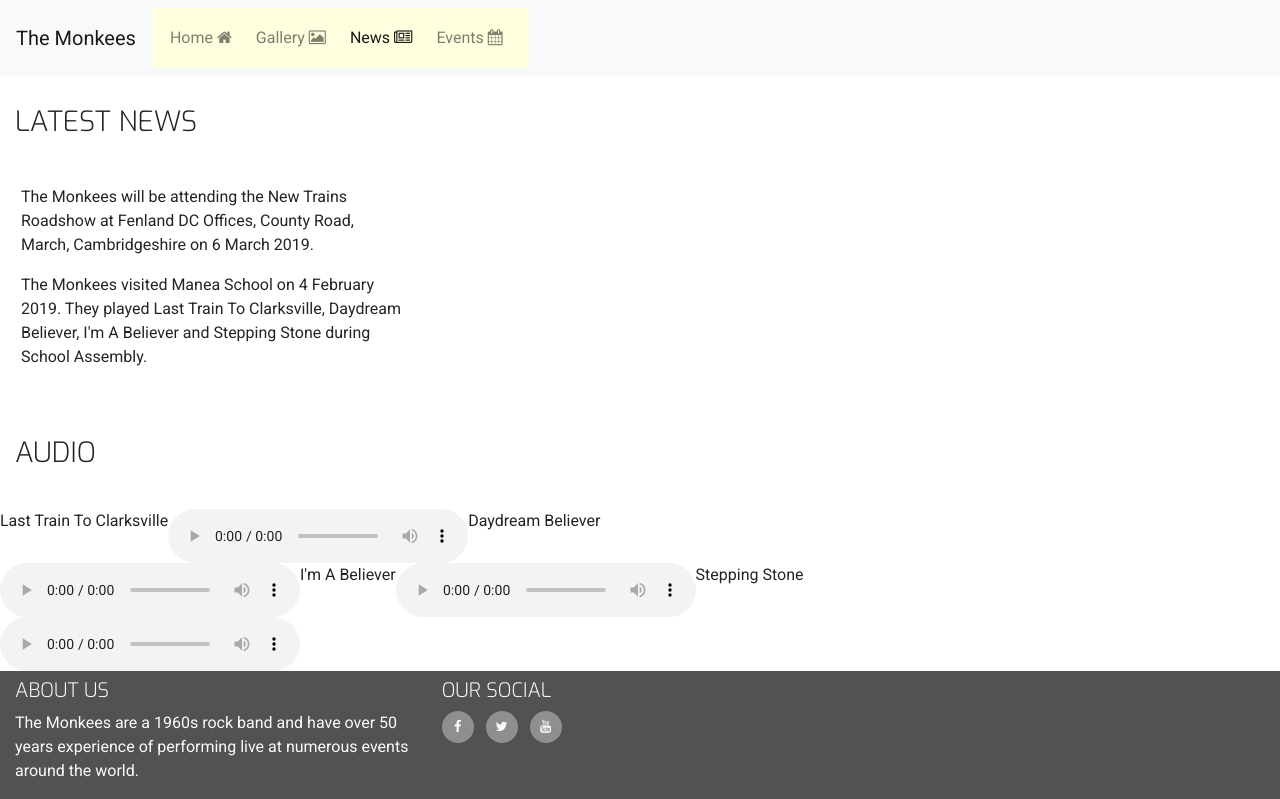
Repository: Code-Institute-Submissions/ucd-band
Page: news.html
The author's editor kept a record of every edit. The page is drawn from the files as they stood at one moment, then again after the next edit.
The browser window is 1280 px wide. The pictures show the whole page.

Above is the page before.

### news.html
<!DOCTYPE html>
<html>
    <head>
    <meta name="viewport" content="width=device-width, initial-scale=1">
    <!-- Display Title in the Browser Window -->
    <title>The Monkees - News Page</title>
    <!-- Load Style Sheets -->
    <link rel="stylesheet" href="https://maxcdn.bootstrapcdn.com/bootstrap/4.3.1/css/bootstrap.min.css" integrity="sha384-ggOyR0iXCbMQv3Xipma34MD+dH/1fQ784/j6cY/iJTQUOhcWr7x9JvoRxT2MZw1T" crossorigin="anonymous">
    <link rel="stylesheet" href="https://maxcdn.bootstrapcdn.com/font-awesome/4.7.0/css/font-awesome.min.css" type="text/css" />
    <link rel="stylesheet" href="assets/css/style.css" type="text/css" />

</head>
<body>
 <!-- Set Up Navigation -->
  <nav class="navbar navbar-light bg-light navbar-expand-sm fixed-top">

            <!-- Set Up Brand -->
            <a href="index.html" class="navbar-brand" title="The Monkees">The Monkees</a>

            <!-- Set Up Navbar Toggler -->
             <button class="navbar-toggler" type="button" data-toggle="collapse" data-target="#navbarSupportedContent" aria-controls="navbarSupportedContent" aria-expanded="false" aria-label="Toggle navigation">
    <span class="navbar-toggler-icon"></span>
  </button>

            <!-- Set Up Navbar Links -->
            <div class="collapse navbar-collapse" id="navbarSupportedContent">
            <!-- Set Up Navbar with Icons -->
                <ul class="navbar-nav mr-auto">

                    <li class="nav-item mr-2"><a class="nav-link" href="index.html">Home <i class="fa fa-home" aria-hidden="true"></i></a></li>
                    <li class="nav-item mr-2"><a class="nav-link" a href="gallery.html">Gallery <i class="fa fa-picture-o" aria-hidden="true"></i></a></li>
                    <li class="active nav-item mr-2"><a class="nav-link" a href="news.html">News <i class="fa fa-newspaper-o" aria-hidden="true"></i></a></li>
                    <li class="nav-item mr-2"><a class="nav-link" href="events.html">Events <i class="fa fa-calendar" aria-hidden="true"></i></a></li>
                </ul>
            </div>

 </nav>

    <section class="container-fluid">
            <div class="row row-table">
                <div class="col-xs-12 col-sm-12 col-md-4">
                    <div class="row">
                        <div class="col-sm-12">
                            <h3 class="section-heading uppercase">Latest News</h3>
                        </div>
                    </div>
                    <div class="news-item">
                        <p class="news-description">The Monkees will be attending the New Trains Roadshow
                        at Fenland DC Offices, County Road, March, Cambridgeshire
                        on 6 March 2019.</p>
                        <p class="news-description">The Monkees visited Manea School on 4 February 2019.
                        They played Last Train To Clarksville, Daydream Believer, I'm A Believer and Stepping Stone during School Assembly.</p>
                        </div>
                    </div>
                <div class="col-xs-12 col-sm-12 col-md-8 bg-color-audio section-column">
                    <div class="row">
                        <div class="col-sm-12">
                            <h3 class="section-heading uppercase">Audio</h3>
                        </div>

                        <!-- Audio -->
                        <p class="audio-description">Last Train To Clarksville</p>
                        <audio controls>
                            <source src="assets/audio/Clarksville.mp3" type="audio/mpeg">
                            Your browser does not support the audio tag
                        </audio>

                        <p class="audio-description">Daydream Believer</p>
                        <audio controls>
                            <source src="assets/audio/DaydreamBeliever.mp3" type="audio/mpeg">
                            Your browser does not support the audio tag
                        </audio>

                        <p class="audio-description">I'm A Believer</p>
                        <audio controls>
                            <source src="assets/audio/ImABeliever.mp3" type="audio/mpeg">
                            Your browser does not support the audio tag
                        </audio>

                        <p class="audio-description">Stepping Stone</p>
                        <audio controls>
                            <source src="assets/audio/SteppingStone.mp3" type="audio/mpeg">
                            Your browser does not support the audio tag
                        </audio>
                    </div>

                   </div>




            </div>
        </section>

    <!-- Provide footer details -->
    <footer class="container-fluid">
        <div class="row">
            <!-- Provide Information about The Monkees -->
            <div class="col-xs-12 col-sm-4 mt-2">
                <h5 class="uppercase general-sub">About Us</h5>
                <p class="inline-block">
                    The Monkees are a 1960s rock band and have over 50 years experience
                    of performing live at numerous events around the world.
                </p>
            </div>

            <!-- Provide Social Links (e.g. YouTube) -->
            <div class="col-xs-12 col-sm-8 mt-2">
                <h5 class="uppercase general-sub">Our Social</h5>
                <ul class="list-inline social-links">
                    <li class="list-inline-item"><a target="_blank" href="https://www.facebook.com/TheMonkees" title="Facebook"><i class="fa fa-facebook"></i></a></li>
                    <li class="list-inline-item"><a target="_blank" href="https://twitter.com/monkeesofficial" title="Twitter"><i class="fa fa-twitter"></i></a></li>
                    <li class="list-inline-item"><a target="_blank" href="https://www.youtube.com/user/themonkees" title="YouTube"><i class="fa fa-youtube"></i></a></li>
                </ul>

            </div>
        </div>
    </footer>
</body>
</html>

### assets/css/style.css
/* Import Font */


@import url('https://fonts.googleapis.com/css?family=Roboto:100,200,300,400,500,600,700|Exo:100,200,300,400,500,600,700');

/* Body */

body {

    font-family: "Roboto", Arial, Verdana, sans-serif;
    padding-top: 80px;

}

/* Navbar Styles */

.navbar-nav {

    background-color: lightyellow;

    padding: 10px;

}

.navbar {

    margin-bottom: 0;
    border: 0;
    width: 100%;

}

/* Special Padding/Margins/Text */

h1, h2, h3, h4 {
    margin: 0;
}

.uppercase {
    text-transform: uppercase;
}

.general-sub {
    font-family: "Exo", Arial, Verdana, sans-serif;
    font-weight: 300;
    color: #fafafa;
}

.inline-block {
    display: inline-block;
}

.row-table {
    display: table;
}

.section-heading {
    font-family: "Exo", Arial, Verdana, sans-serif;
    font-weight: 300;
    margin-top: 25px;
    margin-bottom: 40px;
}

/* Download PDF Styles */

.events-pdf {
    color: green;
    text-align: center;
    font-size: 18px;
    padding-left: 5px;
}

.events-pdf i:hover {
    color: purple;
    transition: all 0.35s ease-in-out;
    -moz-transition: all 0.35s ease-in-out;
    -webkit-transition: all 0.35s ease-in-out;
    -o-transition: all 0.35s ease-in-out;
}


/* Footer */

footer {
    background-color: #525252;
    color: #fafafa;
    min-height: 120px;
    margin: 0;
}



.social-links {
    padding-bottom: 15px;
}

.social-links li a i {
    width: 32px;
    height: 32px;
    padding: 12px 0px;
    border-radius: 50%;
    font-size: 13px;
    line-height: 7px;
    text-align: center;
    color: #fafafa;
    background: #8f8f8f;
    transition: all 0.35s ease-in-out;
    -moz-transition: all 0.35s ease-in-out;
    -webkit-transition: all 0.35s ease-in-out;
    -o-transition: all 0.35s ease-in-out;

}

.social-links li a i:hover {
    background: #e84610;

}



/* Welcome */

.welcome-item {
    margin-bottom: 20px;
    display: block;
    clear: both;
    padding: 8px;
}

.contents-item {
    font-family: "Roboto", Arial, Verdana, sans-serif;
    font-weight: 400;
}

/* News */

.news-item {
    margin-bottom: 20px;
    display: block;
    clear: both;
    padding: 6px;
}

.news-description {
    font-family: "Roboto", Arial, Verdana, sans-serif;
    font-weight: 400;
}

/* Audio */
.audio-description {
    font-family: "Roboto", Arial, Verdana, sans-serif;
    font-weight: 400;
}




/* Table Styles */

th {
    background-color: lightblue;
}


/* Gallery */
div .desc {
    padding: 15px;
    text-align: center;
}

div .gallery {
    border: 1px solid #676767;
}

div .gallery:hover {
    border: 1px solid #e84610;
}

div .gallery img {
    height: auto;
    width: 100%;
}

hr {
    border: 1px solid black;
}

img {
    display: block;
    margin: auto;
}

.responsive {
    padding: 4px 10px;
    float: left;
    width: 20%;
}

.img-clearfix:after {
    content: "";
    display: table;
    clear: both;
}

/* Media Queries */

@media only screen and (min-width: 501px) and (max-width: 700px) {
    .responsive {
        width: 50%;
        margin: 6px 0px;
    }
}

@media only screen and (max-width: 500px) {
    .responsive {
        width: 100%;
    }
}

After the next edit:
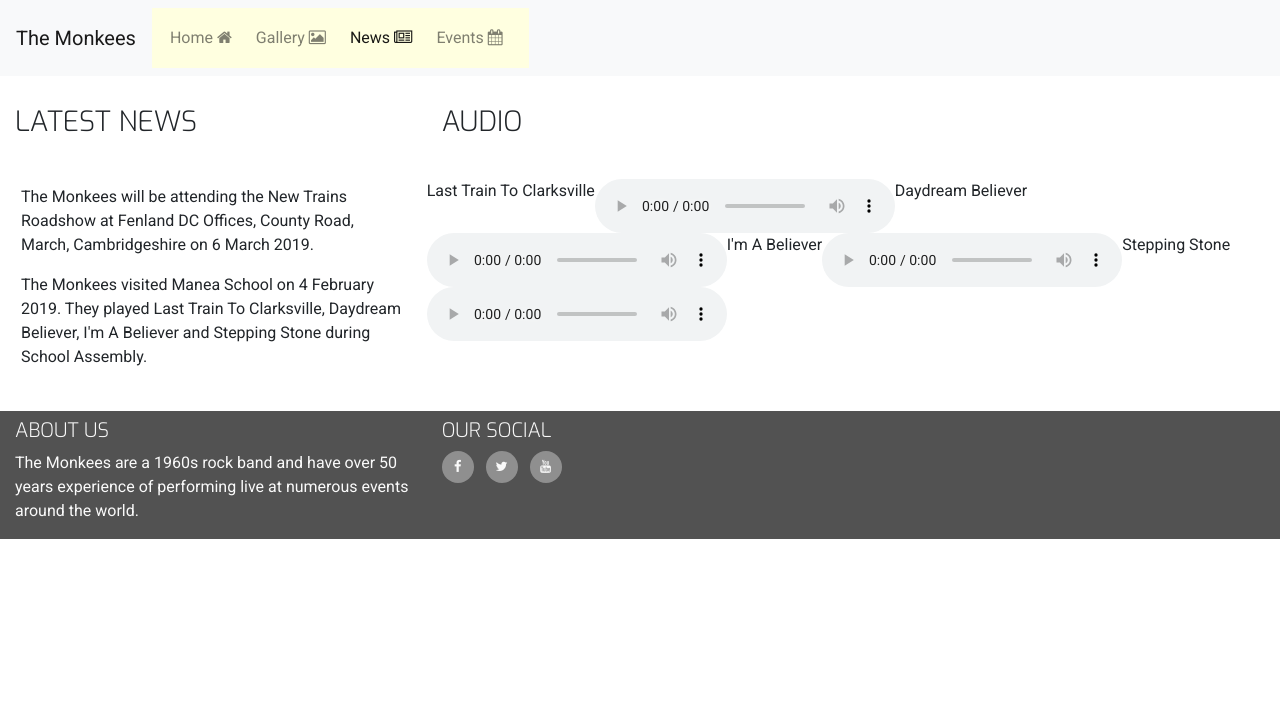
The edit:
--- a/news.html
+++ b/news.html
@@ -37,7 +37,7 @@
  </nav>
 
     <section class="container-fluid">
-            <div class="row row-table">
+            <div class="row">
                 <div class="col-xs-12 col-sm-12 col-md-4">
                     <div class="row">
                         <div class="col-sm-12">
